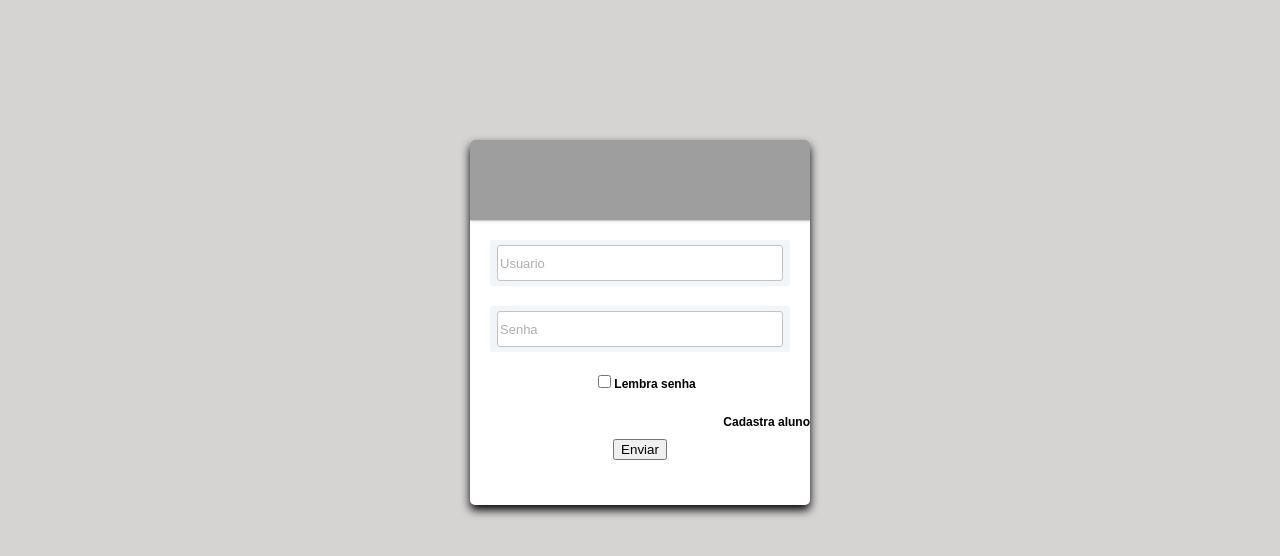
Repository: luisjonson/ProjetoWebAcademia
Page: http://localhost/RepositorioWebProject/Login.jsp
An editor plug-in stored every save of this project. The page is shown before and after the next save, followed by the edit.
The browser window is 1280 px wide. The pictures show the whole page.
Pictures or frames that could not be fetched are drawn as grey boxes. The page is served by Tomcat 9. Other server files are loaded and not shown.

Above is the page before, as saved 2017-04-10 02:05:30.

### Projeto_Web/RepositorioWebProject/WebContent/Login.jsp
<%@ page language="java" contentType="text/html; charset=utf-8"
	pageEncoding="ISO-8859-1"%>
<!DOCTYPE
 html PUBLIC "-//W3C//DTD HTML 4.01 Transitional//EN" "http://www.w3.org/TR/html4/loose.dtd">
<html>
<head>

</head>

<title>Login</title>

<style type="text/css" >

body {
	background-color: #D6D3D3;
}

#login-box {
	background-color: #ECECEC;
	width: 340px;
	height: 365px;
	margin: 140px auto 0px;
	border-radius: 5px;

}

#login-box-interno {
	width: 340px;
	height: 365px;
	background-color:white;
	position: absolute;
	border-radius: 5px;
	box-shadow: 0px 5px 10px black;
	overflow: hidden;
}

#login-box-label {
	background-color:#D6D3D3;
	height:80px;
	text-align:center;
    font:bold 12px/12px sans-serif;
    border-top-left-radius:5px;
    border-top-right-radius:5px;
    border-bottom:1px solid #cccccc;
    box-shadow:1px 0px 3px #ccc4c5;
}

#imagens{
	max-width: 800px;
}

.input-div{

	margin: 20px;
	padding: 5px;
   background-color:#f2f5f7;

	border-radius: 3px;
}

.input-div input{

	width: 280px;
	height: 32px;
	padding-left: 2px;
	font: normal 13px sans-serif;
	color: #aeaeae;
	border-radius: 3px;
	border: 1px solid #bfc4c6;
    outline:none;
}

.input-div:hover{
	background-color: #8C8C8A;
}

.input-div:hover input{
	border-color: #797B79
}
.input-senha{
  margin-top:-10px;
  }

  #botoes{
    width:;
    margin-left:10px;
  }

 /* #botao{
    float:right;
    background-color:;
    padding:5px 15px;
    font:bold 12px sans-serif;
    border-radius:20px;
    text-shadow:0px 1px 0px white;
    border:1px solid #9eb9c3;
  }
  */
  #CadastraAluno{
    font:bold 12px sans-serif;
     float:right;
     margin-left: right;
  }

</style>
<body>
	<div id="login-box">

		<div id="login-box-interno">

			<div id="login-box-label">

				<div id=imagens><img alt="Smart Fit" src="C:\Users\nano\workspace\ProjetoWebAcademia\Projeto_Web\RepositorioWebProject\WebContent\Imagem\Smart.png" width="340" height="80"/></div>

				<div class="input-div" id="input-usuario">
					<input type="text" value="Usuario">
				</div>

				<div class="input-div" id="input-senha">
					<input type="text" value="Senha">
				</div>

                <div id="botoes">

                  <div id="lembra-senha"><input type="checkbox"/>Lembra senha</div><br><br>
                  <div id="CadastraAluno">Cadastra aluno</div>
                  </div><br><br
                   <div id="botao" ><input type="submit" name="enviar" value="Enviar"></div>
              </div>
         </div>
	</div>




</body>
</html>

After the next save:
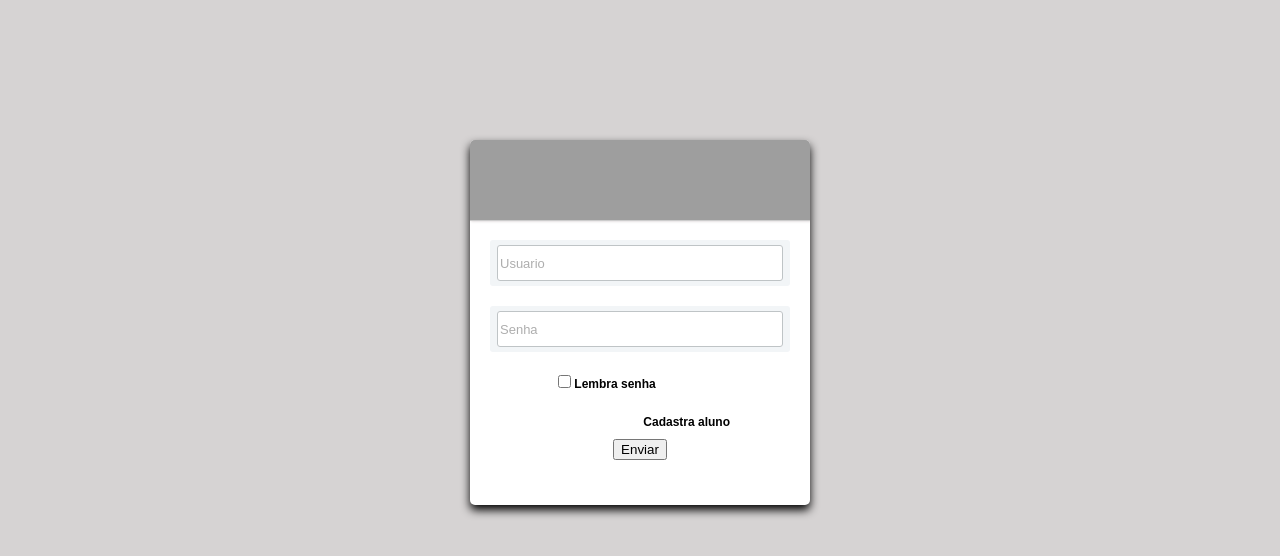
Saved 21 s later.
--- a/Projeto_Web/RepositorioWebProject/WebContent/Login.jsp
+++ b/Projeto_Web/RepositorioWebProject/WebContent/Login.jsp
@@ -82,7 +82,7 @@ body {
   }
 
   #botoes{
-    width:;
+    width:250px;
     margin-left:10px;
   }
 
